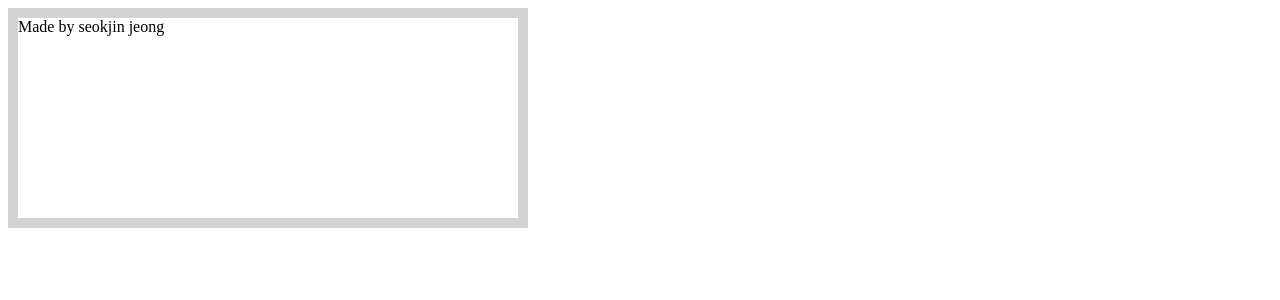
Repository: jsj961/bulletin-board-system
Page: http://localhost/BBS/madeby.jsp
These files come from the project's save history. The page is drawn as it stood at one moment and after the next save; the edit follows.
The browser window is 1280 px wide. The pictures show the whole page.
Some web fonts or font styles are not loaded; a fallback is used. The page is served by Tomcat 9. Other server files are loaded and not shown.

Above is the page before, as saved 2021-07-03 07:35:31.

### BBS/src/main/webapp/madeby.jsp
<%@ page language="java" contentType="text/html; charset=UTF-8"
    pageEncoding="UTF-8"%>
<!DOCTYPE html>
<html>
<head>
<meta charset="UTF-8">
<link rel="stylesheet" href="css/custom.css">
<title>JSP 게시판 웹 사이트</title>
<style type="text/css">
	a, a:hover {
		color: #000000;
		text-decoration: none;
	}
</style>
</head>
<body>
	<div class="box" style="width: 500px; height: 200px;
	border: 10px solid lightgray; font-size: 30px
	margin: auto;">Made by seokjin jeong</div>
</body>
</html>

Loaded but not shown: BBS/src/main/webapp/css/custom.css (common file)

After the next save:
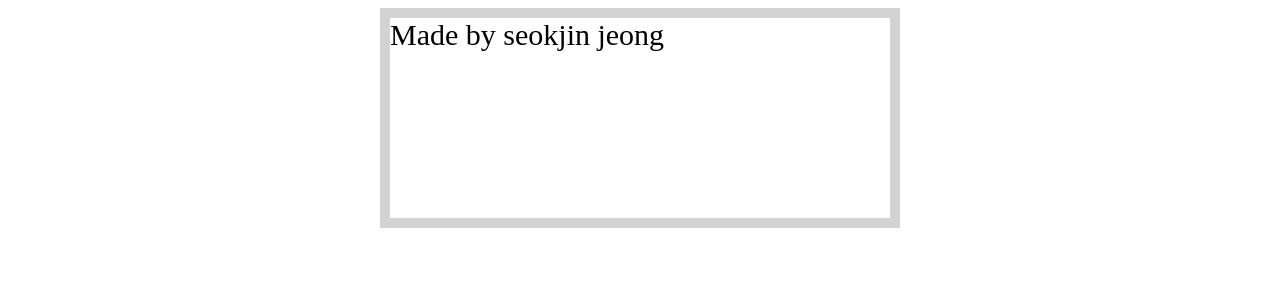
Saved 12 s later.
--- a/BBS/src/main/webapp/madeby.jsp
+++ b/BBS/src/main/webapp/madeby.jsp
@@ -15,7 +15,7 @@
 </head>
 <body>
 	<div class="box" style="width: 500px; height: 200px;
-	border: 10px solid lightgray; font-size: 30px
+	border: 10px solid lightgray; font-size: 30px;
 	margin: auto;">Made by seokjin jeong</div>
 </body>
 </html>
